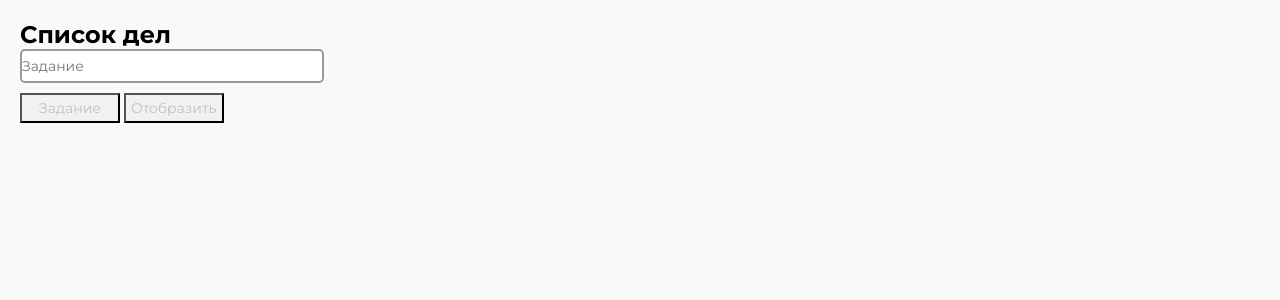
Repository: andbaik/it_unit9
Page: index.html
These files come from the project's save history. The page is drawn as it stood at one moment and after the next save; the edit follows.
The browser window is 1280 px wide. The pictures show the whole page.

Above is the page before, as saved 2021-04-06 22:05:08.

### index.html
<!DOCTYPE html>
<html lang="ru">
<head>
    <meta charset="UTF-8">
    <meta http-equiv="X-UA-Compatible" content="IE=edge">
    <meta name="viewport" content="width=device-width, initial-scale=1.0">
    <title>Список дел</title>
    <link rel="stylesheet" href="/css/style.css">
</head>
<body>

    <head>
        <h1>Список дел</h1>
    </head>
    <section>
        <input type="text" name="task" id="task" placeholder="Задание">
        <div class="btn-block">
        <button class="add-task btn">Задание</button>
        <button class="show-task btn">Отобразить</button>
        </div>
        <div class="result"></div>
    </section>
</body>
</html>

### css/style.css
@import url('https://fonts.googleapis.com/css2?family=Montserrat:wght@400;700&display=swap');

* {
    margin: 0;
    padding: 0;
    font-family: 'Montserrat', sans-serif;
    font-size: 14px;
}

body {
    margin: 20px;
    background-color: #FAF9FA;
}

h1 {
    font-size: 24px;
}

input {
    width: 300px;
    height: 30px;
    border: 2px solid #9B9A9B;
    border-radius: 5px;
    color: #6B6A6B;
    outline: none;
    padding-left: ;
}

section .btn-block{
    margin: 10px 0;
}

.btn {
    width: 100px;
    height: 30px;
    background-color: #F2F1F2;
    color: #C2C1C2;

}

/*
9B999B - border
F2F1F2 - btn bacground
6B696B - plasholder color text
C2C1C2 - btn text color

848384 - div color text
C2C1C2 border color div
*/

After the next save:
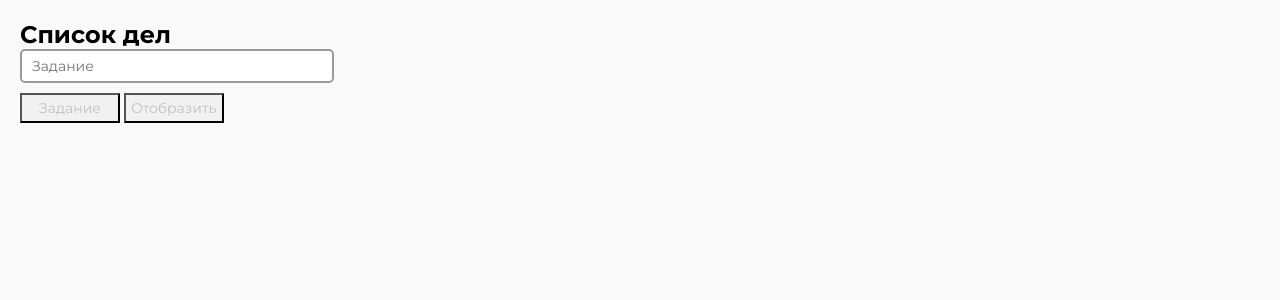
Saved 4 s later.
--- a/css/style.css
+++ b/css/style.css
@@ -23,7 +23,7 @@ input {
     border-radius: 5px;
     color: #6B6A6B;
     outline: none;
-    padding-left: ;
+    padding-left: 10px;
 }
 
 section .btn-block{
